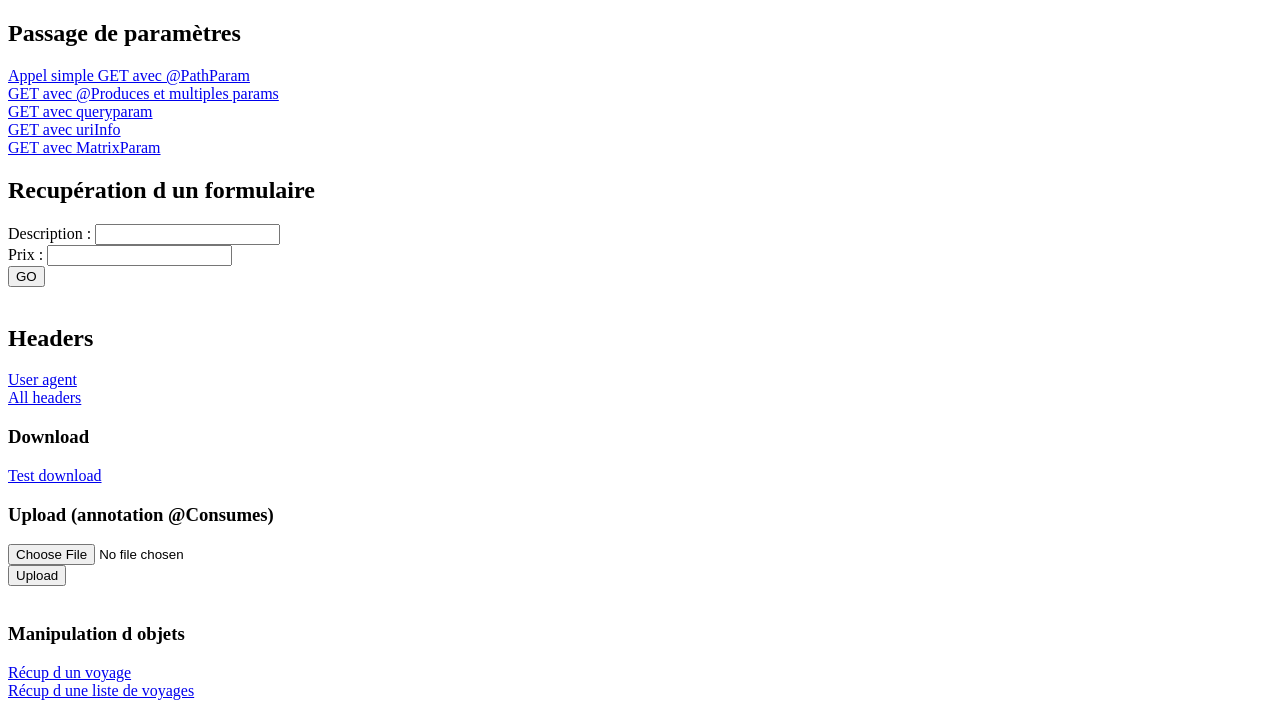
Repository: antoinebody/formationJee7
Page: http://localhost/projetRS/
These files come from the project's save history. The page is drawn as it stood at one moment and after the next save; the edit follows.
The browser window is 1280 px wide. The pictures show the whole page.
The page is served by Tomcat 9.

Above is the page before, as saved 2015-11-25 15:11:10.

After the next save:
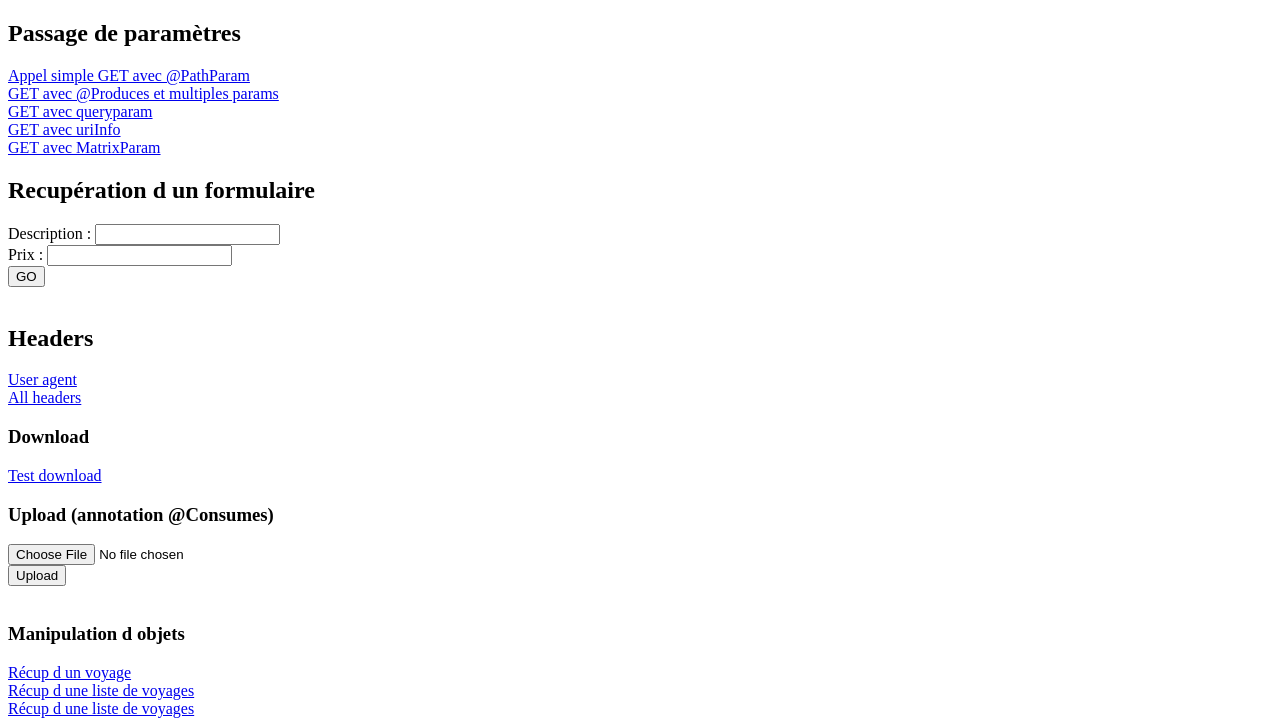
Saved 6 min 4 s later.
--- a/projetRS/WebContent/index.jsp
+++ b/projetRS/WebContent/index.jsp
@@ -51,5 +51,8 @@
 	<a href="rest/voyages/1">Récup d un voyage</a>
 	<br/>
 	<a href="rest/voyages">Récup d une liste de voyages</a>
+	<br/>
+	<a href="rest/voyages/paris/londres/13-01-2016">Récup d une liste de voyages</a>
+
 </body>
 </html>
